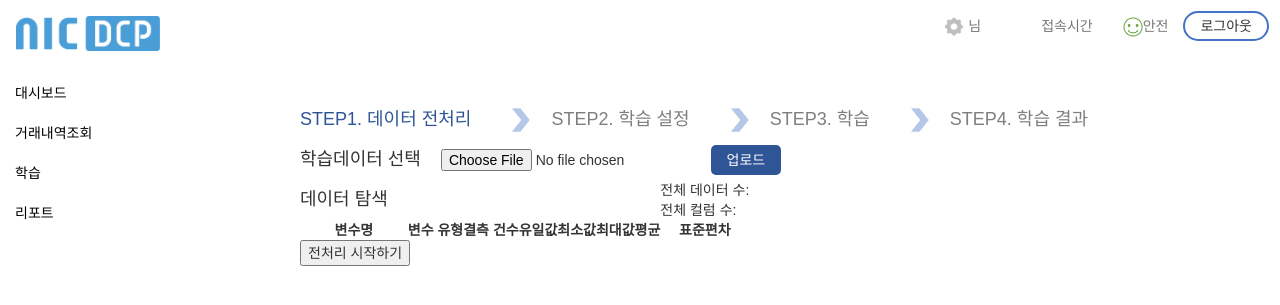
Repository: zzyeah0/project01
Page: http://localhost/nicdcp_frontend/step1.jsp
The author's editor kept a copy of each file at every save. The page is drawn from the files as they stood at one save, then again after the next save.
The browser window is 1280 px wide. The pictures show the whole page.
Some web fonts or font styles are not loaded; a fallback is used. The page is served by Tomcat 9. Other server files are loaded and not shown. The template is opened directly, without the code that normally fills it, so the values that code supplies are empty.

Above is the page before, as saved 2021-05-24 09:49:56.

### nicdcp_frontend/src/main/webapp/step1.jsp
<%@ page language="java" contentType="text/html; charset=UTF-8"
    pageEncoding="UTF-8"%>
<%@ taglib prefix="c" uri="http://java.sun.com/jsp/jstl/core" %>
<!DOCTYPE html>
<html>
<head>
<meta charset="UTF-8">
<meta name="viewport" content="width=device-width", initial-scale="1">
<link rel="stylesheet" href="css/bootstrap.css">
<link rel="stylesheet" href="css/nicdcp.css">
<title>NICDCP</title>
</head>
<body>
<script>
	function checkFile() {
		var fm = document.fileForm;
		var fnm = fm.uploadFile;
		var ext = fnm.value;

		if(!(ext.substr(ext.length-3) == 'cvs')) {
			alert("CVS 파일만 업로드 가능합니다.");
			return false;
		}
		fm.submit();
	}
</script>
	<jsp:include page="/header.jsp" />
	<div class="pages">
		<table>
			<tr>
				<td><h4 class="text-blue">STEP1. 데이터 전처리</h4></td>
				<td><img src="./image/next.png" class="next-img" alt="" /></td>
				<td><h4 class="text-grey">STEP2. 학습 설정</h4></td>
				<td><img src="./image/next.png" class="next-img" alt="" /></td>
				<td><h4 class="text-grey">STEP3. 학습</h4></td>
				<td><img src="./image/next.png" class="next-img" alt="" /></td>
				<td><h4 class="text-grey">STEP4. 학습 결과</h4></td>
			</tr>
		</table>
		<form action="<%= application.getContextPath() %>/dataUpload.do" method="post" enctype="multipart/form-data">
		<table>
			<tr>
				<th><h4>학습데이터 선택</h4></th>
				<td colspan="7">
					<input type="file" name="file"/>
				</td>
				<td>
					<input type="submit" value="업로드" class="btn blue"/>
				</td>
			</tr>
		</table>
		</form>
		<table>
			<tr>
				<td><h4>데이터 탐색</h4></td>
				<td colspan="6"></td>
				<td>전체 데이터 수: <br/>전체 컬럼 수: </td>
			</tr>
			<tr>
				<th>변수명</th>
				<th>변수 유형</th>
				<th>결측 건수</th>
				<th>유일값</th>
				<th>최소값</th>
				<th>최대값</th>
				<th>평균</th>
				<th>표준편차</th>
			</tr>
		</table>
		<input type="button" onclick="location.href='step2.jsp'" value="전처리 시작하기" />
	</div>
</body>
</html>

### nicdcp_frontend/src/main/webapp/header.jsp
<%@ page language="java" contentType="text/html; charset=UTF-8"
    pageEncoding="UTF-8"%>
<!DOCTYPE html>
<html>
<head>
<meta charset="UTF-8">
<meta name="viewport" content="width=device-width", initial-scale="1">
<link rel="stylesheet" href="css/bootstrap.css">
<link rel="stylesheet" href="css/nicdcp.css">
<title>Insert title here</title>
<script
  src="https://code.jquery.com/jquery-3.6.0.min.js"
  integrity="sha256-/xUj+3OJU5yExlq6GSYGSHk7tPXikynS7ogEvDej/m4="
  crossorigin="anonymous"></script>
</head>
<body>
	<nav class="navbar navbar-default">
		<div class="navbar-header">
			<button type="button" class="navbar-toggle collapsed" data-toggle="collapse" data-targe="#bs-example-navbar-collapse-1"	aria-expanded="false">
				<span class="icon-bar"></span>
				<span class="icon-bar"></span>
				<span class="icon-bar"></span>
			</button>
			<a class="navbar-brand" href="<%=request.getContextPath() %>/dashboard.do"><img class="logo" src="./image/NIC-DCP.png"/></a>
		</div>
		<div class="collapse navbar-collapse" id="bs-example-navbar-collapse-1">
			<ul class="nav navbar-nav navbar-right">
				<li><a href="password.jsp"><img src="./image/config.png" id="config-img" alt="" /> ${emp_name}님</a></li>
				<li><a>${emp_ip}</a></li>
				<li><a>접속시간</a></li>
				<li><a><img src="./image/safe.png" class="invasion-monitoring-img" alt="" />안전</a></li>
				<li><button id="logout-btn" onclick="location.href='logout.do'">로그아웃</button></li>
			</ul>
		</div>
	</nav>
	<div class="vertical-nav">
		<ul class="nav navbar-left">
			<li><a href="<%=request.getContextPath() %>/dashboard.do">대시보드</a></li>
			<li><a href="<%=request.getContextPath() %>/transaction.do">거래내역조회</a></li>
			<li><a href="<%=request.getContextPath() %>/learningList.do">학습</a></li>
			<li><a href="<%=request.getContextPath() %>/report.do">리포트</a></li>
		</ul>
	</div>
</body>
</html>

### nicdcp_frontend/src/main/webapp/css/nicdcp.css
@font-face {
	font-family: 'Noto Sans KR';
	font-style: normal;
	font-weight: 100;
	src: url(//fonts.gstatic.com/ea/notosanskr/v2/NotoSansKR-Thin.woff2) format('woff2'),url(//fonts.gstatic.com/ea/notosanskr/v2/NotoSansKR-Thin.woff) format('woff'),url(//fonts.gstatic.com/ea/notosanskr/v2/NotoSansKR-Thin.otf) format('opentype');
	}
@font-face {
	font-family: 'Noto Sans KR';
	font-style: normal;
	font-weight: 300;
	src: url(//fonts.gstatic.com/ea/notosanskr/v2/NotoSansKR-Light.woff2) format('woff2'),url(//fonts.gstatic.com/ea/notosanskr/v2/NotoSansKR-Light.woff) format('woff'),url(//fonts.gstatic.com/ea/notosanskr/v2/NotoSansKR-Light.otf) format('opentype');
	}
	@font-face {
	font-family: 'Noto Sans KR';
	font-style: normal;
	font-weight: 400;
	src: url(//fonts.gstatic.com/ea/notosanskr/v2/NotoSansKR-Regular.woff2) format('woff2'),url(//fonts.gstatic.com/ea/notosanskr/v2/NotoSansKR-Regular.woff) format('woff'),url(//fonts.gstatic.com/ea/notosanskr/v2/NotoSansKR-Regular.otf) format('opentype');
	}
	@font-face {
	font-family: 'Noto Sans KR';
	font-style: normal;
	font-weight: 500;
	src: url(//fonts.gstatic.com/ea/notosanskr/v2/NotoSansKR-Medium.woff2) format('woff2'),url(//fonts.gstatic.com/ea/notosanskr/v2/NotoSansKR-Medium.woff) format('woff'),url(//fonts.gstatic.com/ea/notosanskr/v2/NotoSansKR-Medium.otf) format('opentype');
	}
	@font-face {
	font-family: 'Noto Sans KR';
	font-style: normal;
	font-weight: 700;
	src: url(//fonts.gstatic.com/ea/notosanskr/v2/NotoSansKR-Bold.woff2) format('woff2'),url(//fonts.gstatic.com/ea/notosanskr/v2/NotoSansKR-Bold.woff) format('woff'),url(//fonts.gstatic.com/ea/notosanskr/v2/NotoSansKR-Bold.otf) format('opentype');
	}
	@font-face {
	font-family: 'Noto Sans KR';
	font-style: normal;
	font-weight: 900;
	src: url(//fonts.gstatic.com/ea/notosanskr/v2/NotoSansKR-Black.woff2) format('woff2'),url(//fonts.gstatic.com/ea/notosanskr/v2/NotoSansKR-Black.woff) format('woff'),url(//fonts.gstatic.com/ea/notosanskr/v2/NotoSansKR-Black.otf) format('opentype');
	}
	body, h1, h2, h3, h4, h5, h6, input, textarea, select {
	font-family: 'Noto Sans KR', sans-serif;
	}



/* 버튼 길이 */
.btn-long {
	width: 230px;
	height: 40px;
}

.container {
	width: 100%;
	height: 100vh;
	display: flex;
}

.loginBox{
	margin:auto;
	text-align: center;
}

#lostPwdTb {
	margin-top: -60%;
	width: 400px;
}

.loginLogo {
	max-width: 400px;
	min-width: 100px;
	padding-bottom: 100px;
	margin-top: -100px;
}

.step-bar {
	width: 29%;
	height: 5px;
	float: left;
	margin-left: 5px;
	border: none;
	margin-bottom: 40px;
}

.loginBox table {
	margin:auto;
}

.loginImg {
	width: 30px;
	margin: 2px;
}

.loginInput {
	background-color: #DAE3F3;
	border: 0px;
	width: 200px;
	height: 30px;
	padding: 5px;
	border-radius: 3px;
}

.title{
	font-size: 20px;
	font-weight: bold;
	text-align: left;
}

.vertical-nav{
	float:left;
	width: 200px;
	height: 100%;
}

.pages {
	position: absolute;
	left: 300px;
	top: 100px;
}

#performance {
	width: 200px;
	margin-bottom: 30px;
}

th{
	text-align: center;
}

.regi th{
	padding: 10px 10px;
}

.logo {
	height: 35px;
}

#config-img{
	width: 20px;
}

.invasion-monitoring-img{
	width: 20px;
}

#logout-btn {
	border-radius: 15px;
	border: 2px solid #4472C4;
	padding: 3px 15px;
	margin-top: 10px;
	margin-right: 10px;
	background-color: white;
}

.box{
	position: relative;
	margin: 10px;
	padding: 10px;
	background-color: #E2F0D9;
	border-radius: 10px;
}

.short {
	width: 180px;
	height: 100px;
}

.long {
	width: 250px;
	height: 80px;
}

.big {
	width: 250px;
	height: 125px;
}

.transp {
	background-color:white;
	border: solid 3px #2F528F;
	margin: 10px;
	padding: 10px;
	border-radius: 10px;
	max-height: 300px;
}

.transp table {
	width: 100%;
}

.transp th {
	text-align: left;
	padding: 0 10px;
}
.transp td {
	text-align: center;
}
.box img {
	width: 15px;
}

.box button {
	border: none;
	outline: none;
	background-color: transparent;
	position: absolute;
	top: 7px;
	right: 7px;
}

#more-btn{
	width: 20px;
}

#learning-btn{
	float: right;
	width: 100px;
}

.explainBox {
	border: solid 1px #D9D9D9;
	float: right;
	padding: 10px;
	margin-top: 50px;
	width: 50%;
}
.filter {
	background-color: #ADB9CA;
	padding: 10px;
}

.filter table{
	min-width: 800px;
	min-height: 100px;
}

.content table{
	min-width: 820px;
	margin-top: 20px;
}
.content table tr{
	height: 30px;
	text-align: center;
}

.d-tb table{
	min-width: 600px;
}

.d-tb tr{
	height: 30px;
	text-align: center;
}

.d-tb th{
	background-color: #D9D9D9;
}
.btn{
	border-radius: 5px;
	border: none;
	padding: 5px;
	margin: 5px;
	color: white;
	min-width: 70px;
}

.content th {
	background-color: #D9D9D9;
	text-align: center;
}

.content td a:link{
	color: black;
	text-decoration: none;
}

.content td a:hover{
	color: #4472C4;
	text-decoration: none;
}

.yesorno {
	width: 20px;
}

.align-left{
	text-align: left;
}

.align-center{
	text-align: center;
}

h4{
	text-align: left;
	margin-right: 20px;
}

a{
	color: black;
	text-decoration: none;
}
a:hover {
	color: black;
	text-decoration: none;
}

.text-blue {
	color: #2F5597;
}

.text-grey {
	color: #7F7F7F;
}

.next-img {
	width: 20px;
	margin: 0 20px;
}
.inline {
	display: inline-block;
}

.report-tb th {
	background-color: #D9D9D9;
	text-align: center;
}

/*background-color*/
.blue {
	background-color: #2F5597;
}

.liblue2 {
	background-color: #4472C4;
}

.liblue {
	background-color: #8FAADC;
}

.grey {
	background-color: #AFABAB;
}

.ligrey {
	background-color: #AFABAB;
}

.red {
	background-color: #FBE5D6;
}

.coral {
	background-color: #F4B183;
}

.yellow{
	background-color: #FFF2CC;
}

Loaded but not shown: nicdcp_frontend/src/main/webapp/css/bootstrap.css (library)

After the next save:
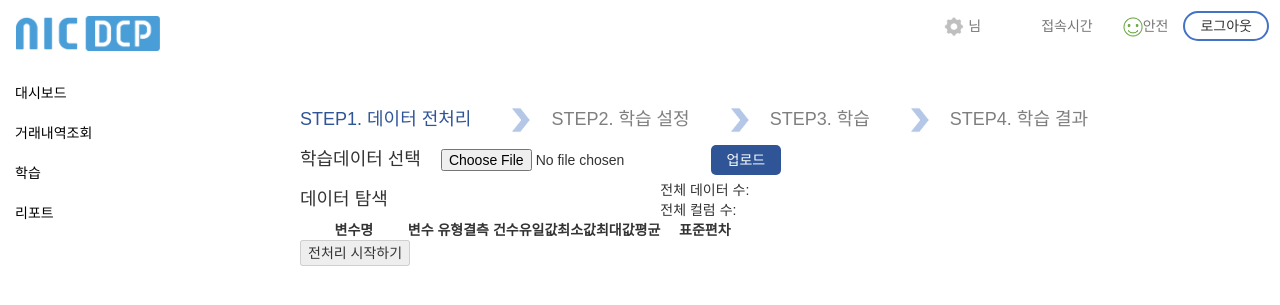
Saved 43 s later.
--- a/nicdcp_frontend/src/main/webapp/step1.jsp
+++ b/nicdcp_frontend/src/main/webapp/step1.jsp
@@ -67,7 +67,7 @@
 				<th>표준편차</th>
 			</tr>
 		</table>
-		<input type="button" onclick="location.href='step2.jsp'" value="전처리 시작하기" />
+		<input type="button" disabled value="전처리 시작하기" />
 	</div>
 </body>
 </html>
